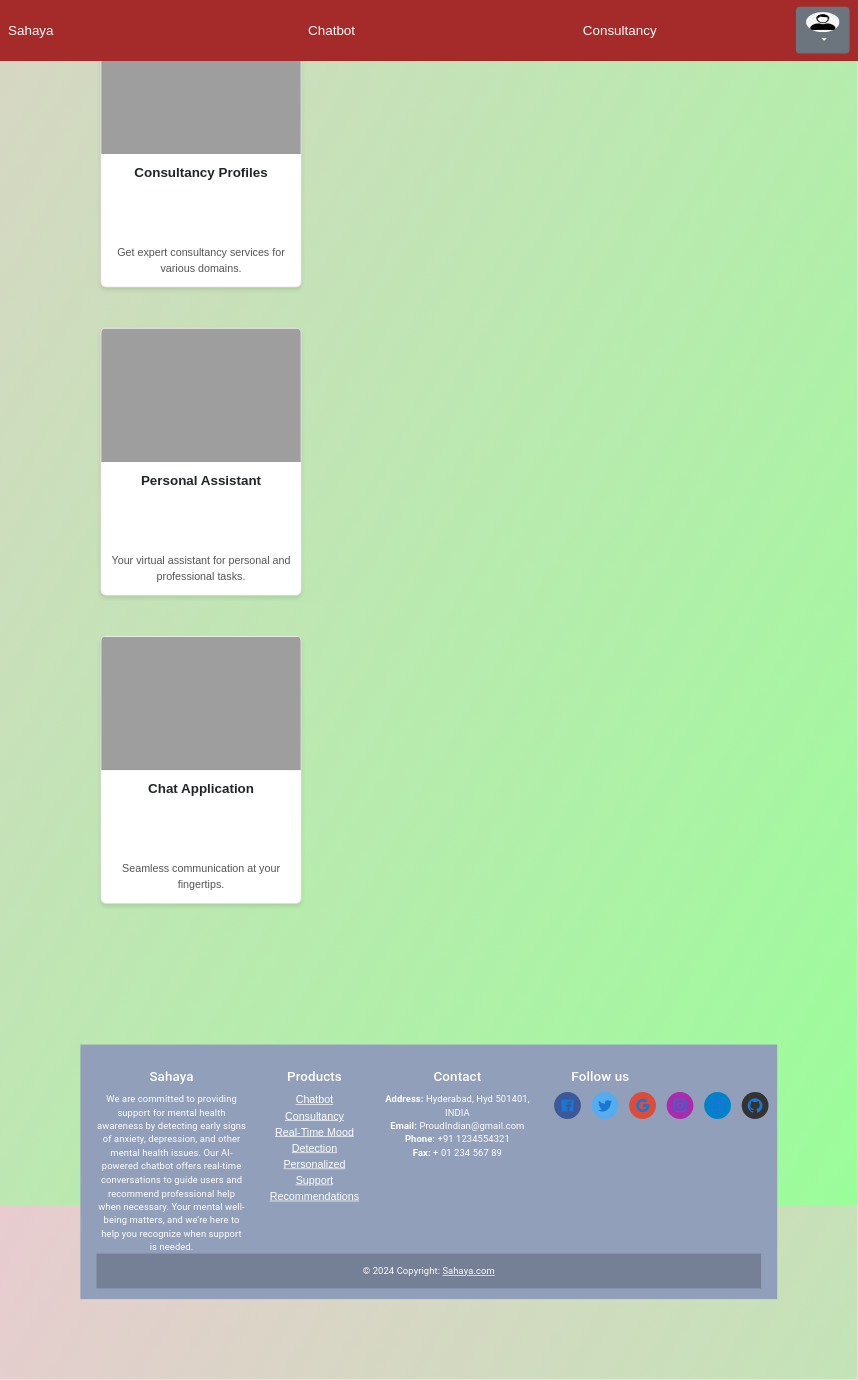
Repository: arunyerram/SahayA
Page: /consultancy (app in my-app2/)
The author's editor kept a copy of each file at every save. The page is drawn from the files as they stood at one save, then again after the next save.
The browser window is 1280 px wide. The pictures show the whole page, at 67% of full size.
Pictures or frames that could not be fetched are drawn as grey boxes. The page's requests for data from a server got no answer. Some web libraries are served in a nearby version. The project was rebuilt for these pictures with package versions that can differ from the ones it lists, and the page was loaded fresh each time. Some packages were replaced by stand-ins written for this rebuild. No one was signed in, and anything a server would have sent is missing. Also part of the build but not shown: my-app2/src/components/About.js, my-app2/src/components/Chatbot.js, my-app2/src/components/ContactUs.js, my-app2/src/components/Feedback.css, my-app2/src/components/Feedback.js, my-app2/src/components/Character.js, my-app2/src/components/Home.js, my-app2/src/components/SignInWIthGoogle.js and 8 more.

Above is the page before, as saved 2024-12-24 13:34:34.

After the next save:
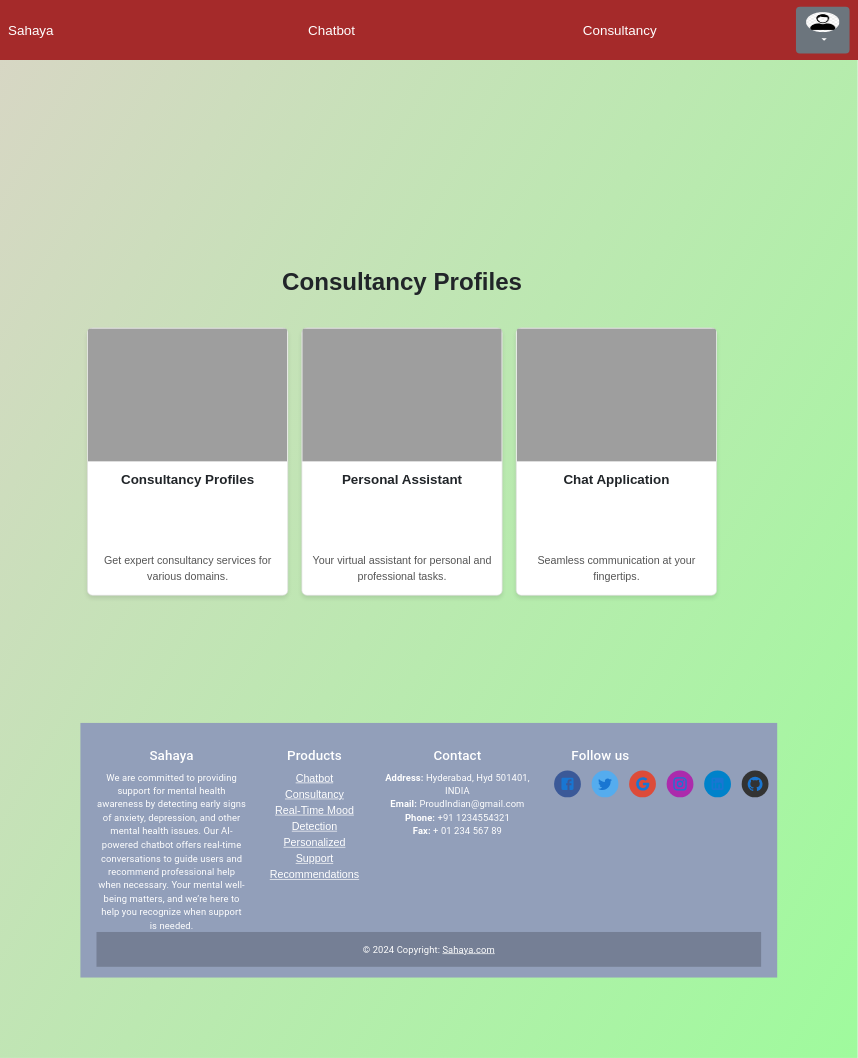
Saved 76 s later.
--- a/my-app2/src/components/Consultancy.css
+++ b/my-app2/src/components/Consultancy.css
@@ -5,48 +5,23 @@
   margin-top: 1250px;
   margin-bottom: 140px;
 }
-
 .profiles-grid {
-  display: grid;
-  grid-template-columns: 1fr; /* Ensures cards are displayed one by one */
-  gap: 20px; /* Adds space between cards */
+  display: flex;
+  justify-content: space-around; /* Distribute cards evenly */
+  gap: 20px; /* Space between the cards */
+  flex-wrap: wrap; /* Ensure responsiveness on smaller screens */
+  margin-top: 20px;
 }
 
 .card {
-  box-shadow: 0 4px 8px rgba(0, 0, 0, 0.1);
-  border-radius: 8px;
-  overflow: hidden;
-  transition: transform 0.2s ease-in-out;
-  width: 1500px;
-}
-
-.card:hover {
-  transform: translateY(-5px); /* Adds a hover effect */
-}
-
-.card-img-top {
-  width: 100%;
-  height: 200px;
-  object-fit: cover;
-}
-
-.card-body {
-  padding: 15px;
-}
-
-.modal {
-  /* z-index: 1000; Ensures th
-  e modal appears on top of everything */
-}
-
-
-.card {
-  width: 300px; /* Increased width for larger cards */
-  height: 400px; /* Increased height for better card size */
-  margin: 20px;
+  width: 300px; /* Set a fixed width for the cards */
+  height: 400px; /* Set a fixed height for the cards */
   border: 1px solid #ddd;
   border-radius: 8px;
   box-shadow: 0 4px 6px rgba(0, 0, 0, 0.1);
+  display: flex;
+  flex-direction: column;
+  justify-content: space-between;
 }
 
 .card-img {
@@ -59,7 +34,7 @@
 
 .card-body {
   padding: 15px;
-  height: 180px; /* Adjusts the height of the body to fit text and buttons */
+  height: 180px; /* Adjust the height of the body to fit text and buttons */
   display: flex;
   flex-direction: column;
   justify-content: space-between;
